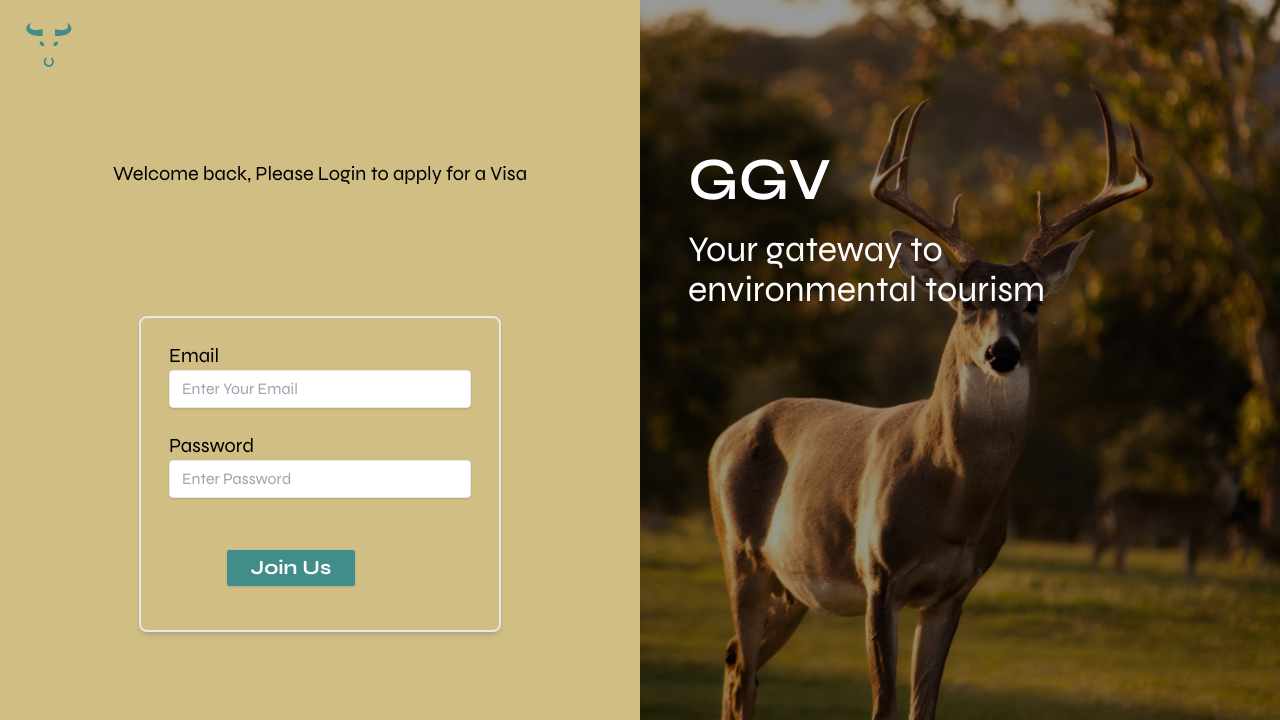
Repository: EngrAhmadUmar/landing-page
Page: /login
An editor plug-in stored every save of this project. The page is shown before and after the next save, followed by the edit.
The browser window is 1280 px wide. The pictures show the whole page.
The project was rebuilt for these pictures with package versions that can differ from the ones it lists, and the page was loaded fresh each time. The framework's server and built-in components were replaced by stand-ins that run in the browser. Also part of the build but not shown: next.config.js, styles/Home.module.css, src/Components/ApplyPageComponents/ApplyForm.jsx, src/Components/ApplyPageComponents/RegisterForm.jsx.

Above is the page before, as saved 2022-07-08 15:17:48.

### pages/_app.js
import "../styles/globals.css";
import { ApolloClient, InMemoryCache, ApolloProvider } from "@apollo/client";

//apollo clients
const client = new ApolloClient({
  uri: "http://localhost:1337/graphql",
  cache: new InMemoryCache()
});

function MyApp({ Component, pageProps }) {
  return (
    <ApolloProvider client={client}>
      <Component {...pageProps} />
    </ApolloProvider>
  );
}

export default MyApp;

### pages/login.js
import React from "react";
import {
  LoginForm,
} from "../src/Components/ApplyPageComponents/Index";

export default function Login() {
  return (
    <React.Fragment>
      <div className="bg-[#000107] font-syne ">
        <LoginForm />
      </div>
    </React.Fragment>
  );
}

### styles/globals.css
@import url("https://fonts.googleapis.com/css2?family=Poppins:wght@400;500;600&family=Syne:wght@400;500;600;700&display=swap");

@tailwind base;
@tailwind components;
@tailwind utilities;

### src/Components/ApplyPageComponents/Index.jsx
export { default as ApplyForm } from "./ApplyForm";
export { default as LoginForm } from "./LoginForm";
export { default as RegisterForm } from "./RegisterForm";

### src/Components/ApplyPageComponents/LoginForm.jsx
import { useMutation } from "@apollo/client";
import Head from "next/head";
import { useState } from "react";
import Image from "next/image";
import FormButton from "./FormButton";
import { AUTH_TOKEN } from "../constant";
import { LOGIN_MUTATION } from "../../mutations/auth";

const Login = () => {
  const [username, setUsername] = useState("");
  const onChangeUsername = (e) => {
    setUsername(e.target.value);
  };
  const [password, setPassword] = useState("");
  const onChangePassword = (e) => {
    setPassword(e.target.value);
  };

  const onSubmit = (e) => {
    e.preventDefault();
    if (username === "" || password === "") {
      return alert("please fill in all fields");
    }
    login(username, password);

    setUsername("");
    setPassword("");
  };

  const [login, { data, loading, error }] = useMutation(LOGIN_MUTATION, {
    variables: {
      username: username,
      password: password
    }
  });

  if (data) {
    localStorage.setItem(AUTH_TOKEN, data.login.jwt);
    console.log(data);
    localStorage.setItem("user", JSON.stringify(data));
    console.log("user logged in");
  }

  return (
    <div className="font-syne bg-[#d1be84] bg-cover grid grid-col-1 md:grid-cols-2 md:h-[100vh]">
      <Head>
        <title>Login</title>
        <meta name="description" content="Login to GGV" />
      </Head>
      <div className="h-[100vh]">
        <div className="w-[50px] h-40 pt-5 ml-6">
          <Image
            src="/logo.svg"
            layout="responsive"
            width={5}
            height={5}
            opacity={100}
          />
        </div>
        <h3 className="text-center text-xl mb-[3rem]">
          Welcome back, Please Login to apply for a Visa
        </h3>
        <div className="flex justify-center">
          <form
            onSubmit={onSubmit}
            className="pt-6 pb-8 mb-4 mt-[5rem] border-2 rounded-lg shadow-md px-7 border-gray "
          >
            <div className="mb-6">
              <label className="text-lg md:text-xl">Email</label>
              <input
                type="email"
                className="w-full px-3 py-2 leading-tight text-gray-700 border rounded shadow appearance-none focus:outline-none focus:shadow-outline"
                name="username"
                onChange={onChangeUsername}
                placeholder="Enter Your Email"
                value={username}
              />
            </div>

            <div className="mb-4">
              <label className="text-lg md:text-xl">Password</label>
              <input
                type="password"
                name="password"
                value={password}
                onChange={onChangePassword}
                placeholder="Enter Password"
                className="w-full px-3 py-2 leading-tight text-gray-700 border rounded shadow appearance-none focus:outline-none focus:shadow-outline"
              />
            </div>

            <div className="mt-5 ml-[8vh]">
              <FormButton buttonInfo={loading ? "Sending" : "Join Us"} />
            </div>
          </form>
        </div>
      </div>

      <div className="hidden md:flex bg-[url('/apply_for_visa_bg.png')]  bg-cover bg-no-repeat sm:bg-center md:bg-bottom lg:bg-bottom xl:bg-bottom 2xl:center">
        <div className="mt-[50px] md:mt-[150px] mx-4 md:mx-12">
          <h3
            className=" text-white
           text-4xl md:text-5xl lg:text-6xl font-semibold"
          >
            GGV
          </h3>
          <p className="max-w-md md:max-w-xl text-2xl md:text-4xl mt-5 text-white">
            Your gateway to <br></br>environmental tourism
          </p>
        </div>
      </div>
    </div>
  );
};

export default Login;

### src/Components/ApplyPageComponents/FormButton.jsx
const FormButton = ({ buttonInfo }) => {
  return (
    <button className="shadow bg-green focus:shadow-outline focus:outline-none text-white font-bold px-6 md:text-xl  rounded-sm mt-8 mb-3 py-1">
      {buttonInfo}
    </button>
  );
};

export default FormButton;

### src/mutations/auth.jsx
import { gql } from "@apollo/client";

const SIGNUP_MUTATION = gql`
  mutation  register($username: String!, $password: String!, $email:String!) {
    register(input: {username:$username, email: $email password:$password}) {
        jwt
        user {
            id
            email
            username
        }
    }
}

`;

const LOGIN_MUTATION = gql`
  mutation  login($username: String!, $password: String!) {
    login(input: {identifier:$username, password:$password}) {
        jwt
        user {
            id
            email
        }
    }
}

`;


export { SIGNUP_MUTATION, LOGIN_MUTATION };

### tailwind.config.js
/** @type {import('tailwindcss').Config} */
module.exports = {
  content: [
    "./pages/**/*.{js,ts,jsx,tsx}",
    "./components/**/*.{js,ts,jsx,tsx}",
    "./src/Components/**/*.{js,ts,jsx,tsx}"
  ],
  theme: {
    extend: {
      colors: {
        black: "#000107",
        green: "#418D89"
      },
      fontFamily: {
        syne: ["Syne"]
      }
    }
  },
  plugins: []
};

Loaded but not shown: src/Components/constant.jsx (common file)

After the next save:
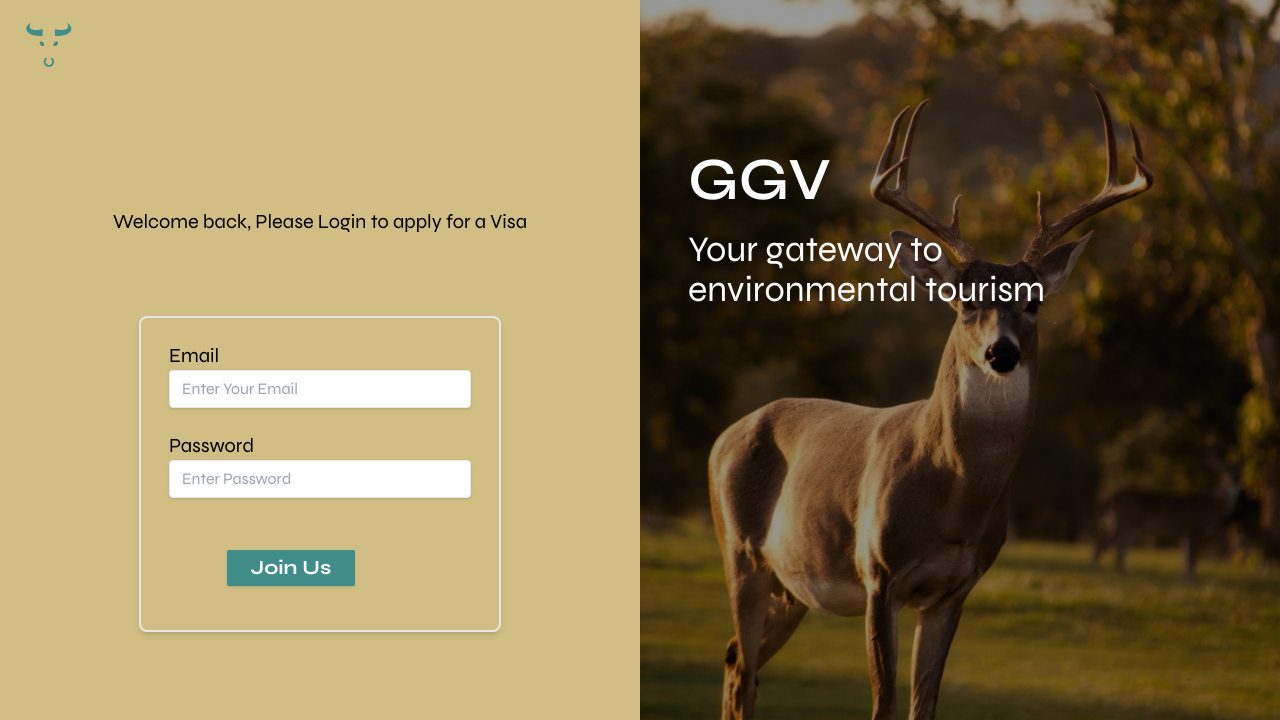
Saved 11 s later.
--- a/src/Components/ApplyPageComponents/LoginForm.jsx
+++ b/src/Components/ApplyPageComponents/LoginForm.jsx
@@ -57,7 +57,7 @@ const Login = () => {
             opacity={100}
           />
         </div>
-        <h3 className="text-center text-xl mb-[3rem]">
+        <h3 className="text-center text-xl mt-[3rem]">
           Welcome back, Please Login to apply for a Visa
         </h3>
         <div className="flex justify-center">
